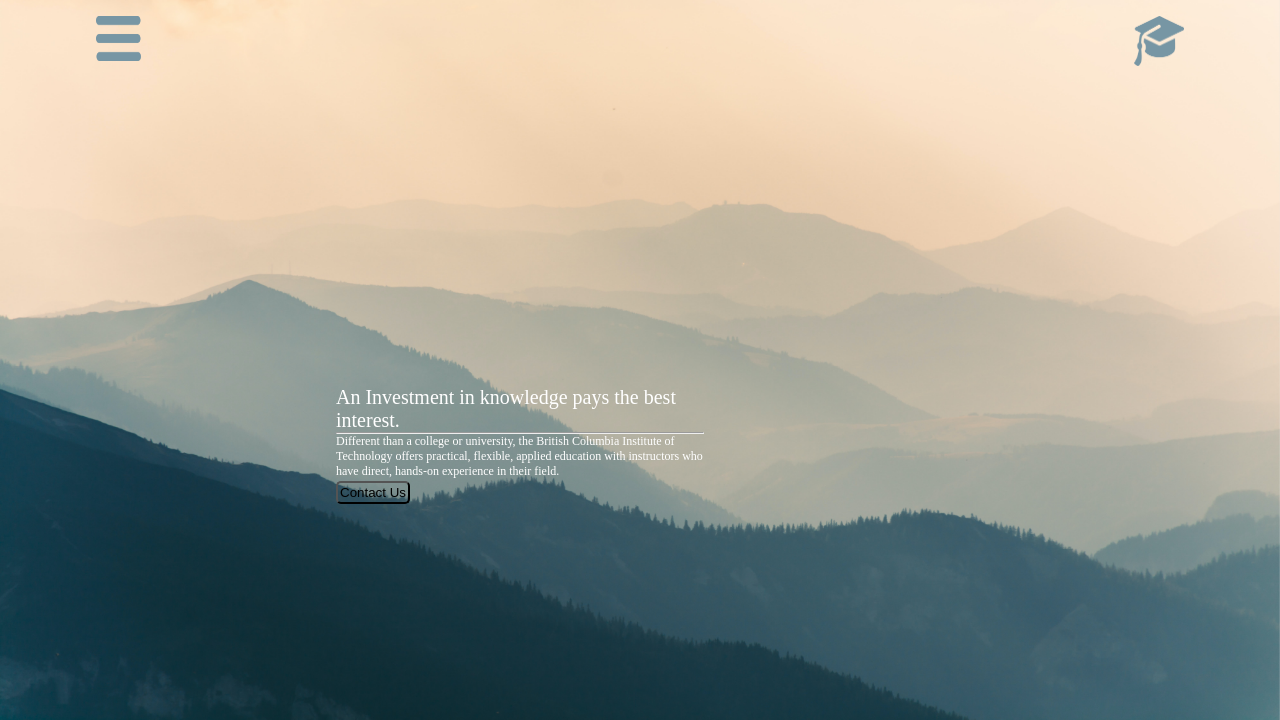
Repository: anoncoderin/assignment01-withCarousel-Madhu
Page: /
The author's editor kept a copy of each file at every save. The page is drawn from the files as they stood at one save, then again after a run of saves.
The browser window is 1280 px wide. The pictures show the whole page.
The project was rebuilt for these pictures with package versions that can differ from the ones it lists, and the page was loaded fresh each time. The framework's server and built-in components were replaced by stand-ins that run in the browser. Also part of the build but not shown: next.config.js.

Above is the page before, as saved 2023-02-01 22:29:57.

After the next 2 saves:
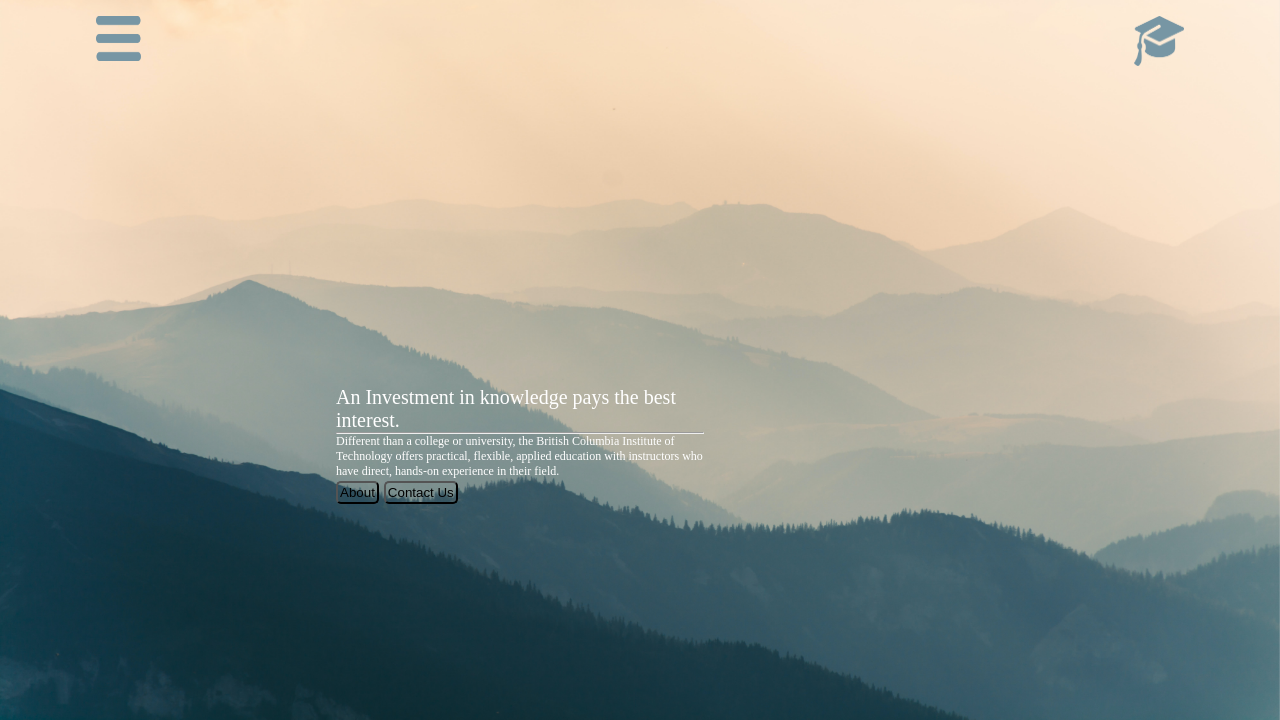
The 2 saves are shown as one change because they came seconds apart.
The last was saved 6 s later.
--- a/pages/index.js
+++ b/pages/index.js
@@ -44,6 +44,7 @@ export default function Home() {
             Technology offers practical, flexible, applied education with instructors who have direct,
             hands-on experience in their field.</p>
             <div className={styles.buttonlink}>
+            <Link href="about"><button className={styles.button}>About</button></Link>
             <Link href="contact"><button className={styles.button}>Contact Us</button></Link>
 
           </div>
